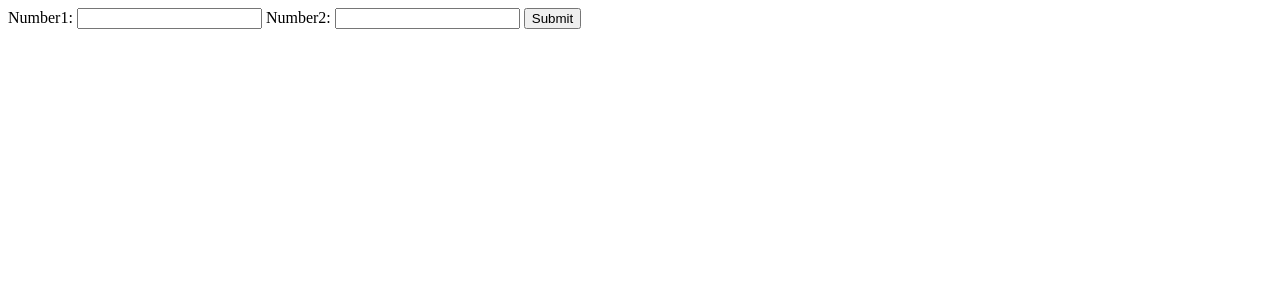
Repository: Nanda-Hari-Reddy/YouTube-Clone
Page: http://localhost/Demo/
The author's editor kept a copy of each file at every save. The page is drawn from the files as they stood at one save, then again after the next save.
The browser window is 1280 px wide. The pictures show the whole page.
The page is served by Tomcat 9.

Above is the page before, as saved 2023-10-30 05:55:20.

After the next save:
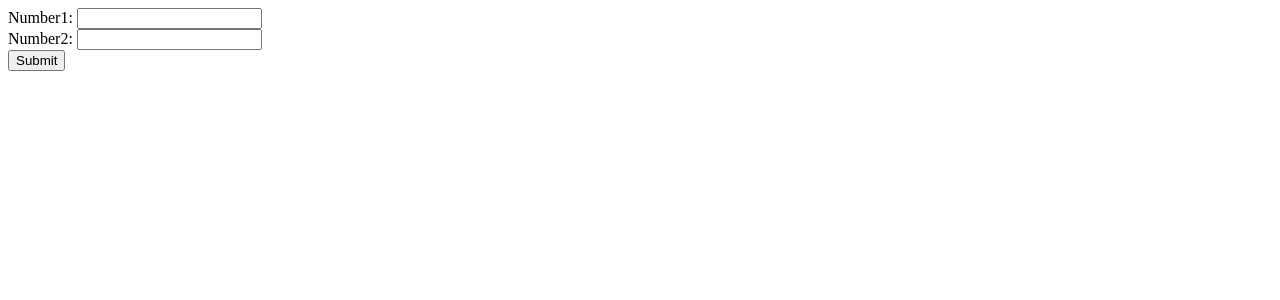
Saved 43 s later.
--- a/MDB-Free_4.20.0/SERVELETS/Demo/src/main/webapp/index.jsp
+++ b/MDB-Free_4.20.0/SERVELETS/Demo/src/main/webapp/index.jsp
@@ -1,8 +1,8 @@
 <html>
 <body>
 <form action="">
-	Number1: <input type="text" name="one">
-	Number2: <input type="text" name="two">
+	Number1: <input type="text" name="one"><br>
+	Number2: <input type="text" name="two"><br>
 	<input type="submit">
 </form>
 
